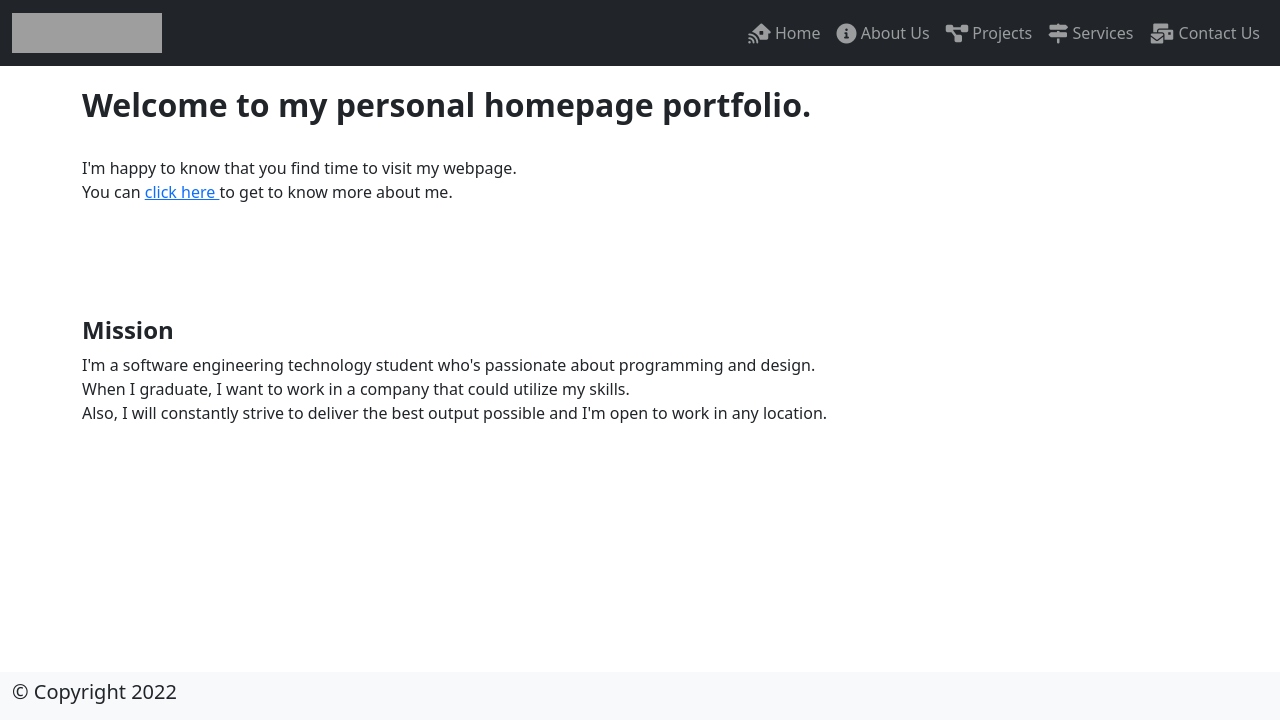
Repository: acarino4/Express-Portfolio-Site
Page: http://localhost/
The author's editor kept a copy of each file at every save. The page is drawn from the files as they stood at one save, then again after the next save.
The browser window is 1280 px wide. The pictures show the whole page.
Pictures or frames that could not be fetched are drawn as grey boxes. The page is served by the project's Node server (server.js). Other server files are loaded and not shown.

Above is the page before, as saved 2022-10-08 18:51:46.

### Server/Views/index.ejs
<!--
    *****************************************
    * File Name: MyExpressPortfolio         *
    * Students Name: Jenyll Mabborang       *
    * Student ID: 301225121                 *
    * Date: June 06, 2022                   *
    *****************************************
-->

<!DOCTYPE html>
<html lang="en">
<head>
    <meta charset="UTF-8">
    <meta http-equiv="X-UA-Compatible" content="IE=edge">
    <meta name="viewport" content="width=device-width, initial-scale=1.0">
    <title><%= title %></title>
    <!-- CSS Goes Here -->
    <link rel="stylesheet" href="./bootstrap/dist/css/bootstrap.min.css">
    <link rel="stylesheet" href="./@fortawesome/fontawesome-free/css/all.min.css">
    <link rel="stylesheet" href="./Content/app.css">
</head>
<body>
    <!-- Main Navigation Section -->
    <header>
        <%- include('components/header.ejs'); %> <!-- Inserts or injects my header.ejs inside my header-->
    </header>

    <!-- Content Section -->
    <main>
        <%- include('content/' + page + '.ejs'); %>
    </main>

    <!-- Site-wide Footer Section -->
    <footer>
        <!-- Site-wide footer -->
        <%- include('components/footer.ejs'); %> <!-- Inserts or injects my footerr.ejs inside my footer-->
    </footer>

    <!-- JavaScript goes here -->
    <script src="./jquery/dist/jquery.min.js"></script>
    <script src="./bootstrap/dist/js/bootstrap.min.js"></script>
    <script src="./@fortawesome/fontawesome-free/js/all.min.js"></script>
    <script src="./Scripts/app.js"></script>
</body>
</html>

### Server/Views/components/header.ejs
<!--
  Name: Angelo Caster M. Carino
  Student ID: 301223955
  Assignment 1: Express Portfolio Site
-->
<nav class="navbar navbar-expand-lg navbar-dark bg-dark">
    <div class="container-fluid">
      <a class="navbar-brand" href="/"><img src="./Assets/images/logo.png" alt="" width="150" height="40"></i> </a>
      <button class="navbar-toggler" type="button" data-bs-toggle="collapse" data-bs-target="#navbarSupportedContent" aria-controls="navbarSupportedContent" aria-expanded="false" aria-label="Toggle navigation">
        <span class="navbar-toggler-icon"></span>
      </button>
      <div class="collapse navbar-collapse" id="navbarSupportedContent">
        <ul class="navbar-nav ms-auto mb-2 mb-lg-0">

          <!-- Home Page link -->
          <li class="nav-item">
            <a class="nav-link" aria-current="page" href="/home"><i class="fa-solid fa-house-signal fa-lg"></i> Home</a>
          </li>

          <!-- About Page link -->
          <li class="nav-item">
            <a class="nav-link" aria-current="page" href="/about"><i class="fa-solid fa-circle-info fa-lg"></i></i> About Us</a>
          </li>

          <!-- Projects Page link -->
          <li class="nav-item">
            <a class="nav-link" aria-current="page" href="/projects"><i class="fa-solid fa-diagram-project fa-lg"></i></i> Projects</a>
          </li>

          <!-- Services Page link -->
          <li class="nav-item">
            <a class="nav-link" aria-current="page" href="/services"><i class="fa-solid fa-signs-post fa-lg"></i></i> Services</a>
          </li>

          <!-- Contact Page link -->
          <li class="nav-item">
            <a class="nav-link" aria-current="page" href="/contact"><i class="fa-solid fa-envelopes-bulk fa-lg"></i> Contact Us</a>
          </li>

        </ul>
      </div>
    </div>
  </nav>

### Server/Views/content/home.ejs
<!--
  Name: Angelo Caster M. Carino
  Student ID: 301223955
  Assignment 1: Express Portfolio Site
-->

<!-- HOME.EJS body content section -->
<div class="container" style="padding-top: 20px;">
    <!-- Welcome Message -->
    <h2><strong>Welcome to my personal homepage portfolio.</strong></h2> <br>
    <p>I'm happy to know that you find time to visit my webpage. <br>
    <!-- Link to my about page -->
    You can <a href="./about"> click here </a> to get to know more about me.</p> <br><br><br><br>

    <!-- Mission Statement -->
    <h4> <strong>Mission</strong> </h4>
    <p>I'm a software engineering technology student who's passionate about programming and design. <br>
    When I graduate, I want to work in a company that could utilize my skills. <br>
    Also, I will constantly strive to deliver the best output possible and I'm open to work in any location.</p>
</div>

### Server/Views/components/footer.ejs
<!--
  Name: Angelo Caster M. Carino
  Student ID: 301223955
  Assignment 1: Express Portfolio Site
-->

<nav class="navbar fixed-bottom bg-light">
    <div class="container-fluid">
      <h5 id="copyright">&copy; Copyright 2022 </h5>
    </div>
</nav>

### server.js
#!/usr/bin/env node
"use strict";
var __importDefault = (this && this.__importDefault) || function (mod) {
    return (mod && mod.__esModule) ? mod : { "default": mod };
};
Object.defineProperty(exports, "__esModule", { value: true });
const app_1 = __importDefault(require("./Server/Config/app"));
const debug_1 = __importDefault(require("debug"));
(0, debug_1.default)('lesson4:server');
const http_1 = __importDefault(require("http"));
const port = normalizePort(process.env.PORT || '3000');
app_1.default.set('port', port);
const server = http_1.default.createServer(app_1.default);
server.listen(port);
server.on('error', onError);
server.on('listening', onListening);
function normalizePort(val) {
    var port = parseInt(val, 10);
    if (isNaN(port)) {
        return val;
    }
    if (port >= 0) {
        return port;
    }
    return false;
}
function onError(error) {
    if (error.syscall !== 'listen') {
        throw error;
    }
    let bind = typeof port === 'string'
        ? 'Pipe ' + port
        : 'Port ' + port;
    switch (error.code) {
        case 'EACCES':
            console.error(bind + ' requires elevated privileges');
            process.exit(1);
            break;
        case 'EADDRINUSE':
            console.error(bind + ' is already in use');
            process.exit(1);
            break;
        default:
            throw error;
    }
}
function onListening() {
    let addr = server.address();
    let bind = 'pipe ' + addr;
    (0, debug_1.default)('Listening on ' + bind);
}
//# sourceMappingURL=server.js.map

### Server/Routes/index.js
"use strict";
var __importDefault = (this && this.__importDefault) || function (mod) {
    return (mod && mod.__esModule) ? mod : { "default": mod };
};
Object.defineProperty(exports, "__esModule", { value: true });
const express_1 = __importDefault(require("express"));
const router = express_1.default.Router();
router.get('/', function (req, res, next) {
    res.render('index', { title: 'Home', page: 'home' });
});
router.get('/home', function (req, res, next) {
    res.render('index', { title: 'Home', page: 'home' });
});
router.get('/about', function (req, res, next) {
    res.render('index', { title: 'About Us', page: 'about' });
});
router.get('/projects', function (req, res, next) {
    res.render('index', { title: 'Our Projects', page: 'projects' });
});
router.get('/services', function (req, res, next) {
    res.render('index', { title: 'Our Services', page: 'services' });
});
router.get('/contact', function (req, res, next) {
    res.render('index', { title: 'Contact Us', page: 'contact' });
});
exports.default = router;
//# sourceMappingURL=index.js.map

### Client/Content/app.css
/*CUSTOM CSS GOES HERE*/

### Client/Scripts/app.js
"use strict";
(function () {
    function Start() {
        console.log("App Started!");
        let XHR = new XMLHttpRequest();
        XHR.open("GET", "../data/data.json");
        XHR.send();
        XHR.addEventListener("readystatechange", function () {
            if (XHR.readyState == 4 && XHR.status == 200) {
                console.log("JSON Data:");
                console.log("===========");
                console.log(XHR.responseText);
            }
        });
    }
    window.addEventListener("load", Start);
})();
//# sourceMappingURL=app.js.map

### Client/data/data.json
{
    "FullName": "Jenyll Mabborang",
    "ContactNumber": "564315584",
    "EmailAddress": "jenyll@example.com"
}

After the next save:
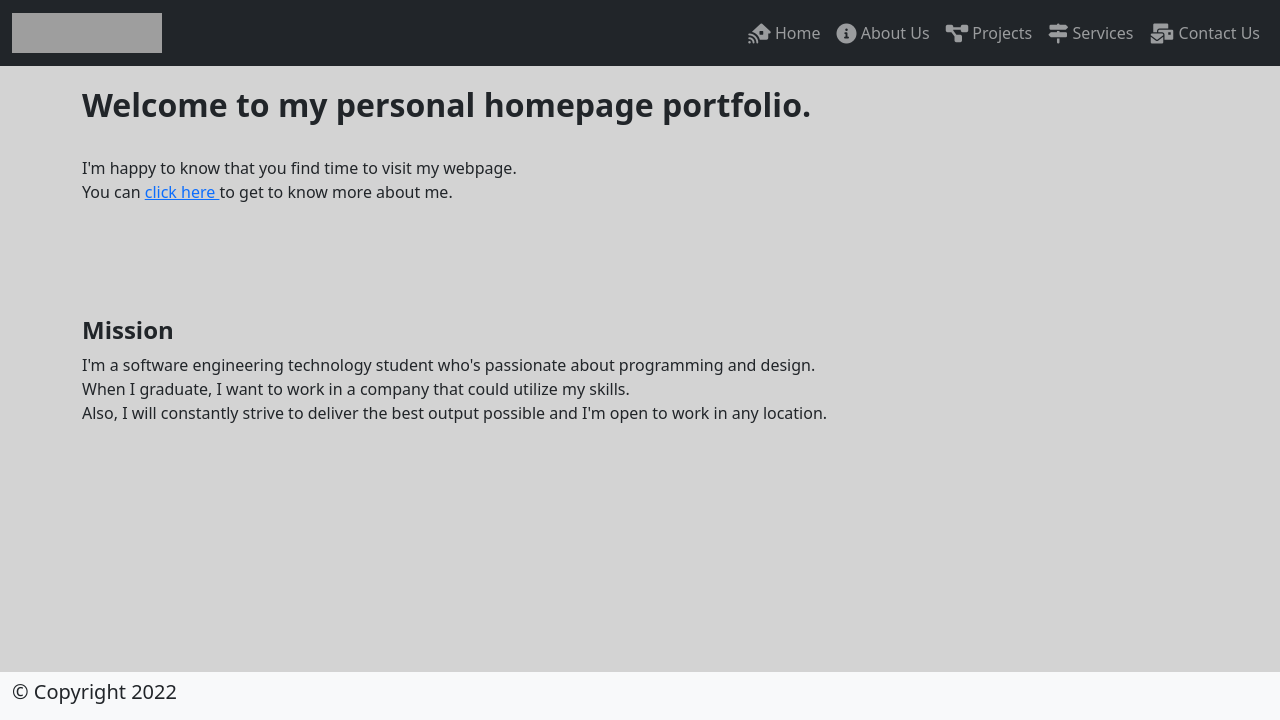
Saved 31 s later.
--- a/Server/Views/content/home.ejs
+++ b/Server/Views/content/home.ejs
@@ -5,6 +5,21 @@
 -->
 
 <!-- HOME.EJS body content section -->
+<head>
+    <style>
+        body {
+            background-color:lightgray;
+        }
+        .div1 {
+            border: 1px solid black;
+            padding: 16px;
+            background-color: grey;
+        }
+
+   </style>
+
+</head>
+
 <div class="container" style="padding-top: 20px;">
     <!-- Welcome Message -->
     <h2><strong>Welcome to my personal homepage portfolio.</strong></h2> <br>
